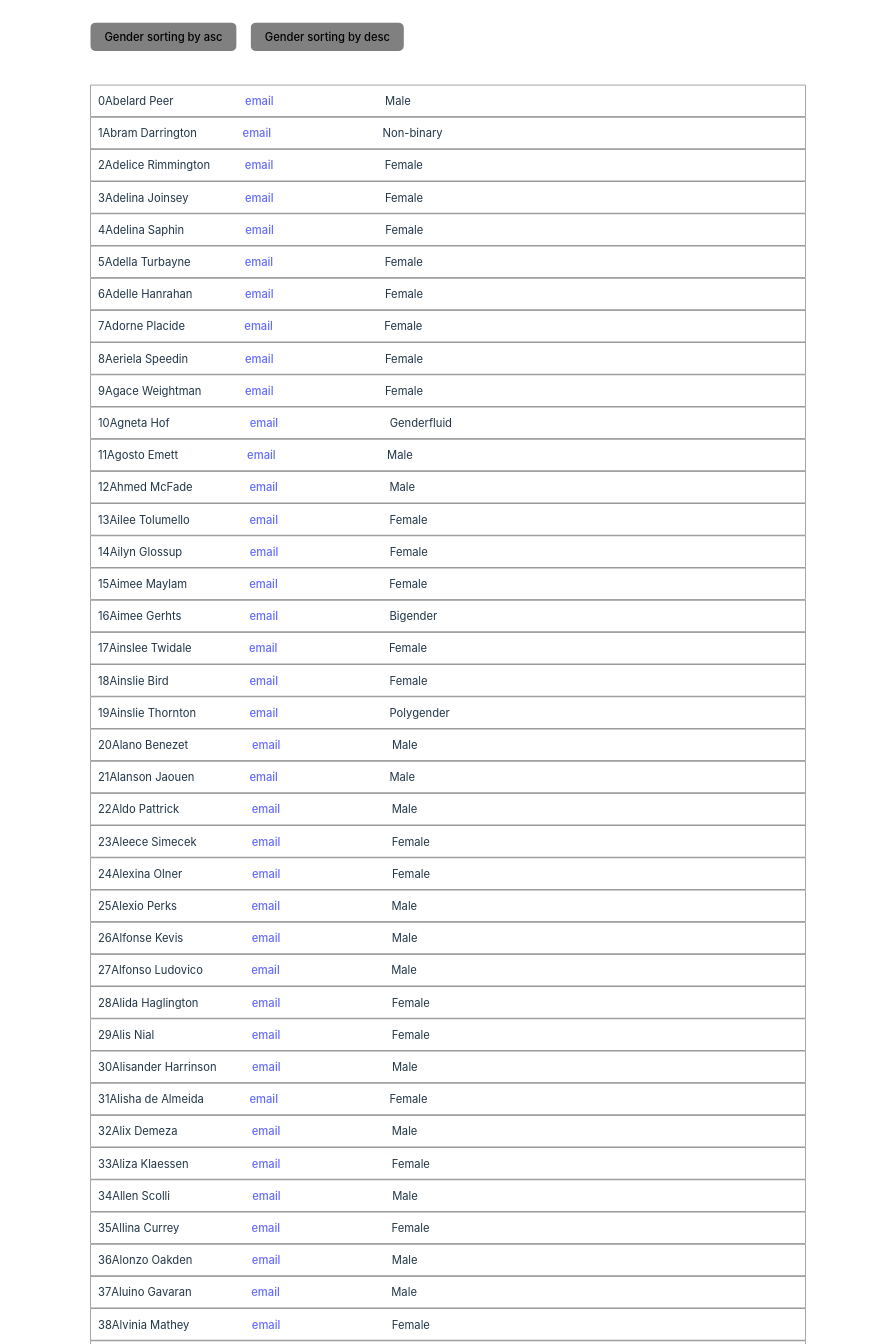
Repository: Kainar9292/sorting
Page: /
These files come from the project's save history. The page is drawn as it stood at one moment and after the next save; the edit follows.
The browser window is 1280 px wide. The pictures show the part of the page from y = 0 to 1920 px (the page is 46153 px tall), at 70% of full size.
The project was rebuilt for these pictures with package versions that can differ from the ones it lists, and the page was loaded fresh each time. Also part of the build but not shown: vite.config.js.

Above is the page before, as saved 2022-10-29 15:23:31.

### src/style.css
:root {
  font-family: Inter, Avenir, Helvetica, Arial, sans-serif;
  font-size: 16px;
  line-height: 24px;
  font-weight: 400;

  color-scheme: light dark;
  color: rgba(255, 255, 255, 0.87);
  background-color: #242424;

  font-synthesis: none;
  text-rendering: optimizeLegibility;
  -webkit-font-smoothing: antialiased;
  -moz-osx-font-smoothing: grayscale;
  -webkit-text-size-adjust: 100%;
}

a {
  font-weight: 500;
  color: #646cff;
  text-decoration: inherit;
}
a:hover {
  color: #535bf2;
}

a {
  font-weight: 500;
  color: #646cff;
  text-decoration: inherit;
}
a:hover {
  color: #535bf2;
}

body {
  margin: 0;
  display: flex;
  place-items: center;
  min-width: 320px;
  min-height: 100vh;
}

h1 {
  font-size: 3.2em;
  line-height: 1.1;
}

button {
  border-radius: 8px;
  border: 1px solid transparent;
  padding: 0.6em 1.2em;
  font-size: 1em;
  font-weight: 500;
  font-family: inherit;
  background-color: #1a1a1a;
  cursor: pointer;
  transition: border-color 0.25s;
}
button:hover {
  border-color: #646cff;
}
button:focus,
button:focus-visible {
  outline: 4px auto -webkit-focus-ring-color;
}

.card {
  padding: 2em;
}

#app {
  max-width: 1280px;
  margin: 0 auto;
  padding: 2rem;
  text-align: center;
}

@media (prefers-color-scheme: light) {
  :root {
    color: #213547;
    background-color: #ffffff;
  }
  a:hover {
    color: #747bff;
  }
  button {
    background-color: #f9f9f9;
  }
}

.users {
  display: flex;
  flex-direction: column;
}

.users_item {
  display: flex;
  width: 1000px;
  padding: 10px;
  justify-content: flex-start;
  border: 1px solid gray;
}

.users_item-name {
  display: flex;
  flex-basis: 200px;
}

.users_item-email {
  display: flex;
  flex-basis: 200px;
}

.users_button {
  display: flex;
}

.users_button button {
  margin-right: 20px;
  background-color: gray;
}

### src/App.vue
<template>
  <Users/>
</template>

<script setup>
import Users from './components/Users.vue'
</script>

### src/components/Users.vue
<template>
  <div class="users_button">
    <button @click="sortingByField('gender')">Gender sorting by asc</button>

    <button @click="sortingByField('gender', 'desc')">
      Gender sorting by desc
    </button>
  </div>

  <br />
  <br />
  <div class="users">
    <div class="users_item" v-for="(item, index) in state.users">
      <div class="users_index">{{index}}</div>
      <div class="users_item-name">{{ item.first_name }} {{ item.last_name }}</div>
      <a class="users_item-email" href="mailto:{{item.email}}">email</a>
      <div>{{ item.gender }}</div>
      <!-- <br />
      <br /> -->
    </div>
  </div>
</template>

<script setup>
import { reactive } from 'vue';
import { users } from '../service/getUsers';

const state = reactive({
  users: [],
});

state.users = users;

function sortingByField(sortedField, sordetType) {
  state.users = state.users.sort((a, b) => {
    if (sordetType === 'desc') {
      return a[sortedField] < b[sortedField] ? 1 : -1;
    } else {
      return a[sortedField] > b[sortedField] ? 1 : -1;
    }
  });
}

sortingByField('first_name');
</script>

Loaded but not shown: index.html (common file); src/main.js (common file); src/service/getUsers.js (1000 lines, source omitted)

After the next save:
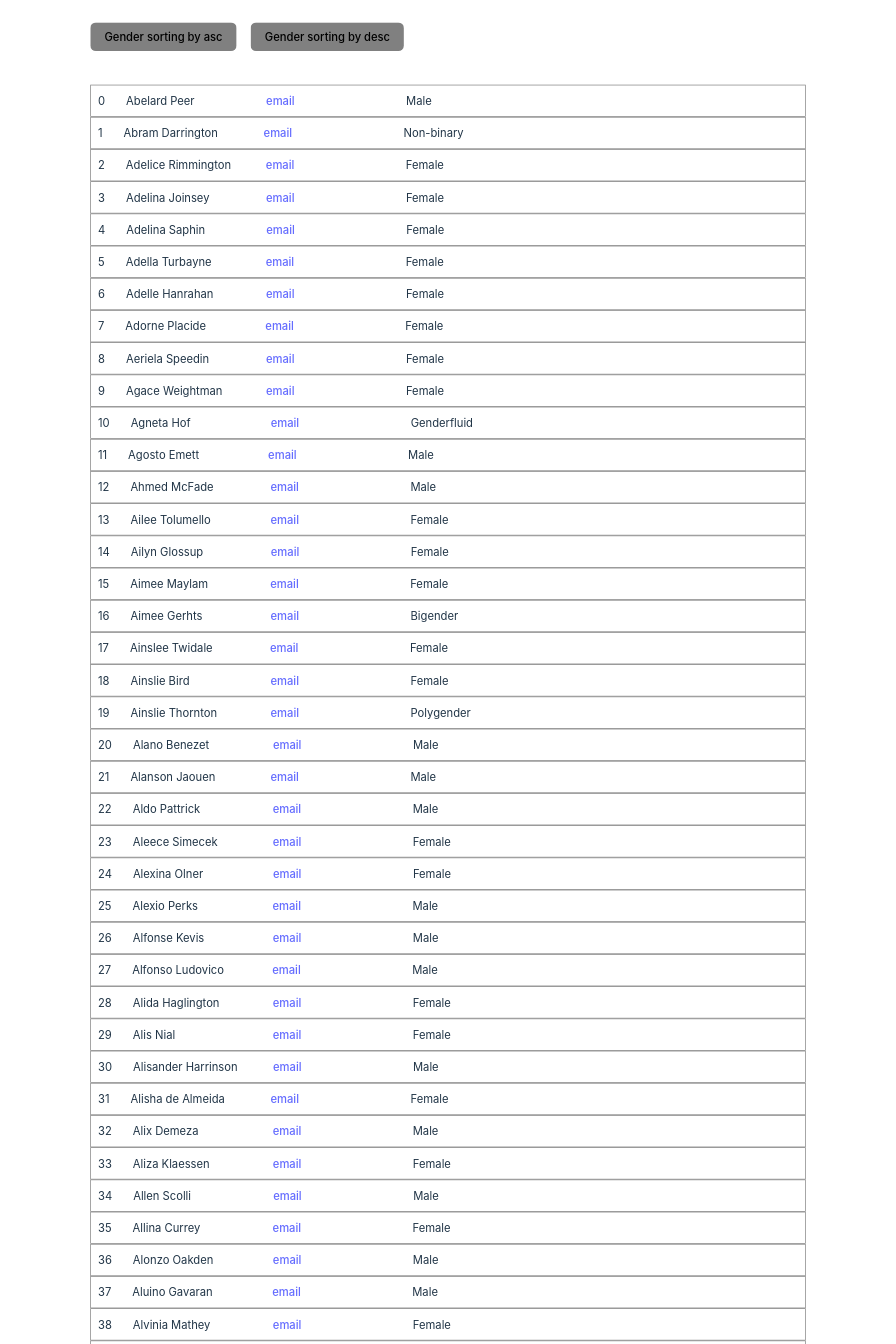
Saved 23 s later.
--- a/src/style.css
+++ b/src/style.css
@@ -102,6 +102,10 @@ button:focus-visible {
   border: 1px solid gray;
 }
 
+.users_index {
+  margin-right: 30px;
+}
+
 .users_item-name {
   display: flex;
   flex-basis: 200px;
